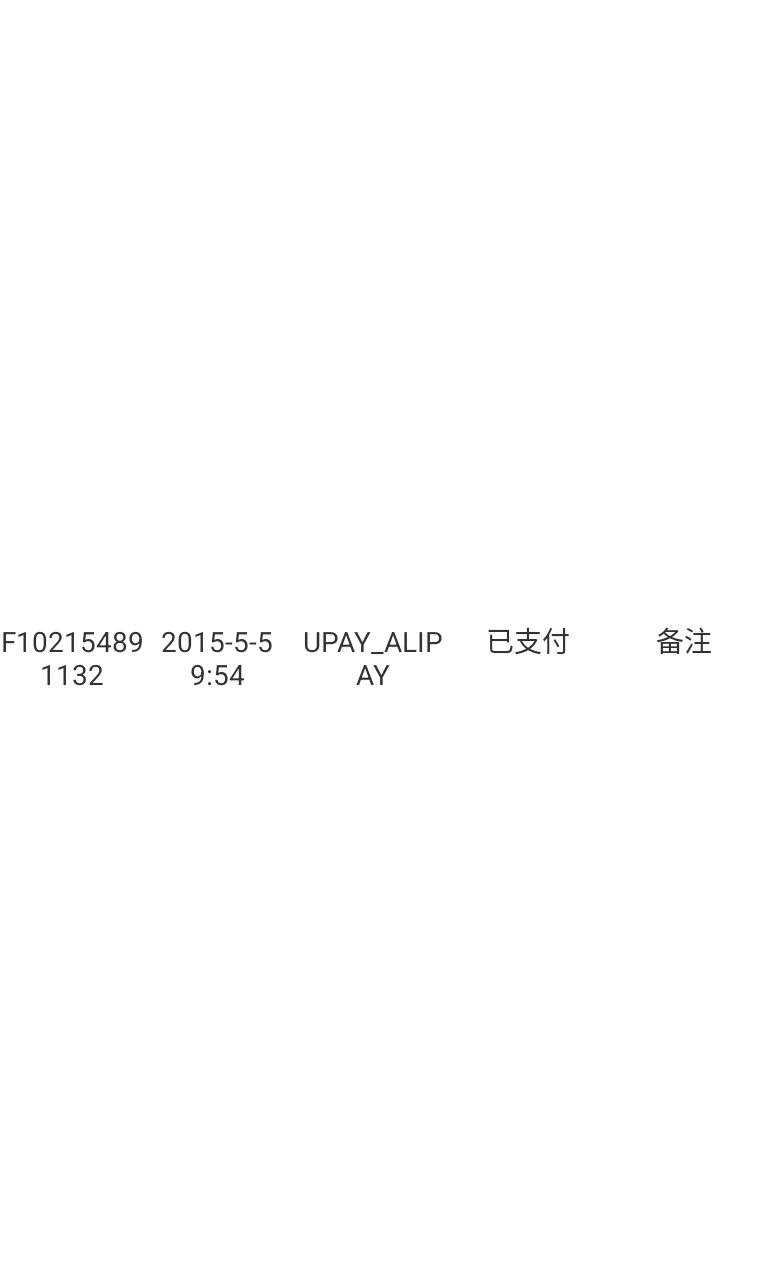
Repository: blanks1314/sysnc_android
Layout: UpayDemo/res/layout/iteam_record.xml
These files come from the project's save history. The layout is drawn as it stood at one moment and after the next save; the edit follows.
It is drawn on a 768 x 1280 px phone screen (xhdpi) without system bars, with theme AppTheme; the app's code is not run.

Above is the layout before, as saved 2015-05-05 01:55:25.

After the next save:
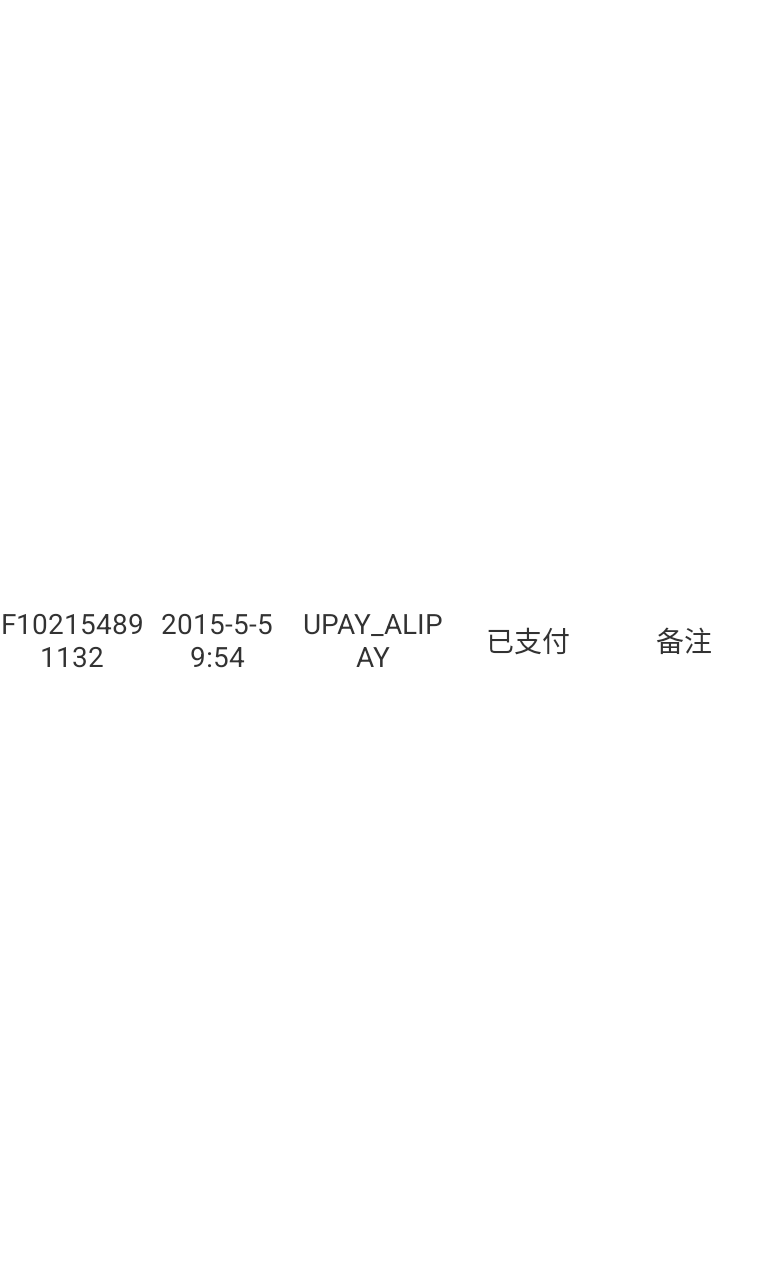
Saved 20 s later.
--- a/UpayDemo/res/layout/iteam_record.xml
+++ b/UpayDemo/res/layout/iteam_record.xml
@@ -8,7 +8,7 @@
     <TextView
         android:id="@+id/tvOrderId"
         android:layout_width="0dp"
-        android:layout_height="wrap_content"
+        android:layout_height="fill_parent"
         android:layout_weight="0.2"
         android:gravity="center"
         android:text="F102154891132" />
@@ -17,7 +17,7 @@
         android:id="@+id/tvTime"
         android:gravity="center"
         android:layout_width="0dp"
-        android:layout_height="wrap_content"
+        android:layout_height="fill_parent"
         android:layout_marginRight="5dp"
         android:layout_weight="0.2"
         android:text="2015-5-5 9:54" >
@@ -27,7 +27,7 @@
         android:id="@+id/tvMethod"
         android:layout_width="0dp"
         android:gravity="center"
-        android:layout_height="wrap_content"
+        android:layout_height="fill_parent"
         android:layout_marginRight="5dp"
         android:layout_weight="0.2"
         android:text="UPAY_ALIPAY" >
